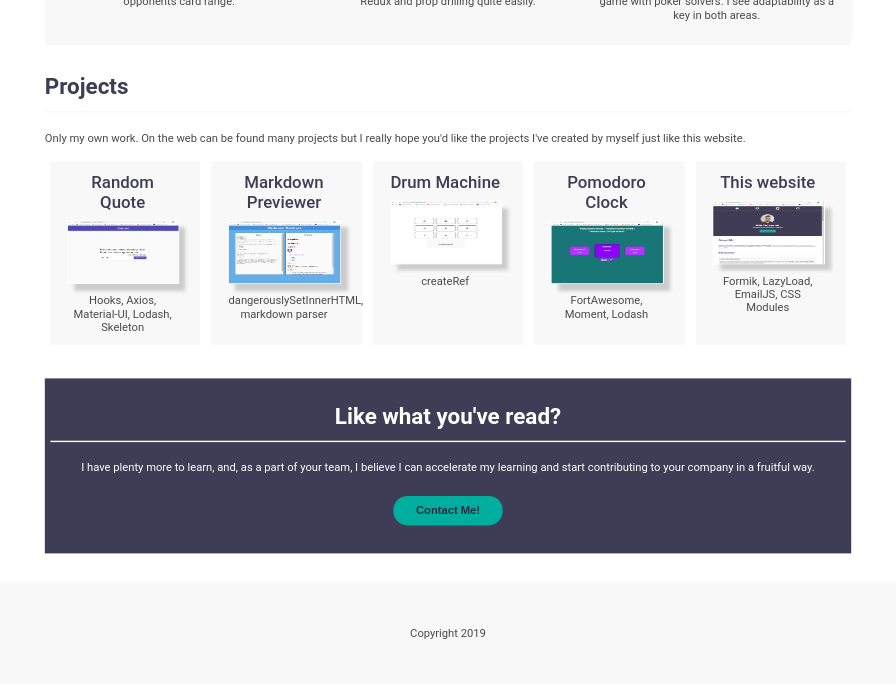
Repository: milac0/my-website
Page: /
The author's editor kept a copy of each file at every save. The page is drawn from the files as they stood at one save, then again after the next save.
The browser window is 1280 px wide. The pictures show the part of the page from y = 1521 to 3441 px (the page is 2499 px tall before and 3441 px after), at 70% of full size.
The project was rebuilt for these pictures with package versions that can differ from the ones it lists, and the page was loaded fresh each time. Also part of the build but not shown: src/components/formContact.module.css, src/components/FormContact.js, src/pages/contact.module.css, src/pages/Contact.js. Imported but missing from the stored project, and not drawn on this page: src/resume.pdf.

Above is the page before, as saved 2019-10-29 19:56:20.

### public/index.html
<!DOCTYPE html>
<html lang="en">
  <head>
    <meta charset="utf-8" />
    <link rel="icon" href="%PUBLIC_URL%/favicon.ico" />
    <meta name="viewport" content="width=device-width, initial-scale=1" />
    <meta name="theme-color" content="#000000" />
    <meta
      name="description"
      content="Web site created using create-react-app"
    />
    <!--
      manifest.json provides metadata used when your web app is installed on a
      user's mobile device or desktop. See https://developers.google.com/web/fundamentals/web-app-manifest/
    -->
    <link rel="manifest" href="%PUBLIC_URL%/manifest.json" />
    <!--
      Notice the use of %PUBLIC_URL% in the tags above.
      It will be replaced with the URL of the `public` folder during the build.
      Only files inside the `public` folder can be referenced from the HTML.

      Unlike "/favicon.ico" or "favicon.ico", "%PUBLIC_URL%/favicon.ico" will
      work correctly both with client-side routing and a non-root public URL.
      Learn how to configure a non-root public URL by running `npm run build`.
    -->
    <title>Mile Balenovic</title>
  </head>
  <body>
    <noscript>You need to enable JavaScript to run this app.</noscript>
    <div id="root"></div>
    <!--
      This HTML file is a template.
      If you open it directly in the browser, you will see an empty page.

      You can add webfonts, meta tags, or analytics to this file.
      The build step will place the bundled scripts into the <body> tag.

      To begin the development, run `npm start` or `yarn start`.
      To create a production bundle, use `npm run build` or `yarn build`.
    -->
  </body>
</html>

### src/index.css
html, body {
  height: 100%;
}

body {
  margin: 0;
  font-family: 'Roboto', sans-serif;
  -webkit-font-smoothing: antialiased;
  -moz-osx-font-smoothing: grayscale;
}

/*****
  Navbar & Hero
*****/

header,
.hero {
  background:#3F3D56;
  border-bottom: 0.1px solid #ffffff;
  text-align: center;
}

.hero {
  margin-bottom: 2em;
}

.container {
  width: 90%;
  max-width: 1200px;
  margin: 0 auto;
}

nav li {
  list-style: none;
  max-width: 400px;
  margin: 0 auto;
  display: flex;
  justify-content: space-evenly;
  align-items: center;
}

.nav-item:hover {
  filter: invert(0.1);
}
nav ul {
  padding: 0;
}

.hero {
  margin-bottom: 2.5em;
}

.hero-profile {
  padding: 3em 0;
}

.hero-profile-image {
  width: 128px;
  height: 128px;
  background-color: #F8F8F9;
  margin: 0 auto;
  margin-bottom: 0.5em;
  border-radius: 50%;
}

.hero-profile-title,
.hero-profile-subtitle {
  color: #ffffff;
}

.hero-profile h1 {
  margin: 0;
  font-size: 2rem;
}

.hero-profile p {
  font-size: 1rem;
  margin: 0;
  margin-top: -0.25rem;
  margin-bottom: 1.5em;
}

.hero-profile-subtitle strong {
  font-weight: 700;
  color: #61dafb;
}

.button-cta,
.button-home {
  background: #00AEA0;
  color: #1f2e3f;
  padding: 0.75em 2em;
  border: none;
  border-radius: 20px;
  font-size: 1rem;
  font-weight: 700;
  text-decoration: none;
}

.button-cta:hover,
.button-cta:focus {
  background: #00C1B1;
  color: #1f2e3f;
  cursor: pointer;
}

.button-home {
  background: #ffffff;
  border: 2px solid #1f2e3f;
  padding: 0.3em 1em;
}

.button-home:hover,
.button-home:focus {
  border: 2px solid #ffffff;
 filter: invert(0.1);
}

/*****
  Typography
*****/

h1 {
  color: #3F3D56;
}

h2 {
  color: #3F3D56;
  font-size: 1.5rem;
  font-weight: 500;
  margin: 0;
}

p,
ul {
  color: #4a4a4a;
}

.section-skill h2 {
  color: #1F2E3F;
  font-size: 1.25rem;
  font-weight: 400;
  margin: 0;
}

.section-body {
  font-size: 1rem;
  margin-bottom: 1em;
}

#section-cta .section-title,
#section-cta .section-body {
  color: #ffffff;
}

/*****
  Layout
*****/
section {
  margin-bottom: 2.5em;
}

.section-title {
  border-bottom: 2px solid #F8F8F9;
  font-size: 2rem;
  padding-bottom: 0.5em;
}

.article-education,
.section-skill {
  box-shadow: 2px 2px #F8F8F9;
  border: 2px solid #F8F8F9;
  margin-bottom: 1em;
  padding: 0.5em;
}

.article-education li{
  margin-bottom: 0.5em;
}

.section-skill {
  background: #F8F8F9;
  text-align: center;
}

.section-skill p {
  margin: 0;
}

.responsive-container {
    width: 100%;
    padding-bottom: 56.25%; /* 9/16 = aspect ratio of image */
    position: relative;
    margin: 0 auto 1em auto;
}

.section-skill-image {
  height: 100%;
  width: 100%;
  position: absolute;
  left: 0;
  right: 0;
  margin: auto;
}

article {
  background: #F8F8F9;
  padding: 1em 2em 0.5em 1.5em;
  margin-bottom: 0.5em;
}

article p {
  margin-top: 1em;
  margin-bottom: 0.5em;
}

article h2 {
  margin-bottom: 0.5em;
}

.projects article {
  text-align: center;
}

.project-image {
  height: 100%;
  width: 100%;
  position: absolute;
  left: 0;
  right: 0;
  margin: auto;
  cursor: pointer;
  border: 1px solid #fff;
  box-shadow: 10px 10px 5px #ccc;
}

.project-image:hover {
  filter: invert(0.1);
}

#section-cta {
  padding-bottom: 5em;
  background: #3F3D56;
}

#section-cta{
  text-align: center;
  padding: 0.5em;
}

#section-cta .button-cta {
  margin: 1em 0 2em 0;
}

footer {
  background: #F8F8F9;
  padding: 3em 0;
  width: 100%;
  text-align: center;
  flex-shrink: 0;
}

.invalid-feedback {
  color: #D8000C;
  font-size: 0.75rem;
  font-family: 'Roboto', sans-serif;
}

@media (min-width: 752px) {
  nav li {
    max-width: 100%;
    margin: 0 auto;
    display: flex;
    justify-content: flex-end;
    align-items: center;
    position: relative;
  }

  nav ul {
    margin-left: 3em;
  }

  .nav-home-item {
    position: absolute;
    left: 0;
    margin: 0;
  }

  .articles-education {
    display: flex;
    flex-direction: row;
    justify-content: space-between;
  }

  .education-one {
    margin-right: 0.5em;
  }

  .education-two {
    margin-left: 0.5em;
  }

  .section-skills {
    background: #F8F8F9;
    display: flex;
    flex-direction: row;
    align-items: baseline;
  }
  .section-skill {
    flex: 1 1 200px;
    padding: 1em;
  }

  .projects {
    display: grid;
    grid-template-columns: repeat(auto-fill,minmax(220px, 1fr));
   }

   .projects article {
    margin: 0.5em;
  }
}

### src/App.js
import React from 'react';
import {
  BrowserRouter as Router,
  Switch,
  Route,
} from "react-router-dom";
import Home from './pages/Home'
import Contact from './pages/Contact';

function App() {
  return (
      <Router>
        <Switch>
        <Route path ="/" exact component={Home} />
        <Route path ="/contact" component={Contact} />
        </Switch>
      </Router>

  );
}

export default App;

### src/pages/Home.js
import React, { Fragment } from "react";
import Navbar from "../components/Navbar";
import Hero from "../components/Hero";
import AboutMe from "../components/AboutMe";
import Education from "../components/Education";
import Experience from "../components/Experience";
import Projects from "../components/Projects";
import SectionCTA from "../components/SectionCTA";
import Footer from "../components/Footer";

const Home = () => {
  return (
    <Fragment>
      <Navbar />
      <Hero />
      <main>
        <div className="container">
          <AboutMe />
          <Education />
          <Experience />
          <Projects />
          <SectionCTA />
        </div>
      </main>
      <Footer />
    </Fragment>
  );
};

export default Home;

### src/components/Navbar.js
import React from "react";
import { Link } from "react-router-dom";

import resumeIcon from "../images/resume.png";
import linkedinIcon from "../images/linkedin.png";
import githubIcon from "../images/github.png";
import homeIcon from "../images/home.png";
import resumePdf from "../resume.pdf";

//mui
import Tooltip from "@material-ui/core/Tooltip";

const Navbar = () => {
  return (
    <header>
      <div className="container">
        <nav>
          <li>
            <ul className="nav-home-item">
              <Tooltip title="Home">
                <Link to="/">
                  <img className="nav-item" src={homeIcon} alt="home" />
                </Link>
              </Tooltip>
            </ul>
            <ul>
              <Tooltip title="Resume">
                <a href={resumePdf} download target="_self">
                  <img className="nav-item" src={resumeIcon} alt="resume" />
                </a>
              </Tooltip>
            </ul>
            <ul>
              <Tooltip title="Linkedin">
                <a
                  href="https://www.linkedin.com/in/mile-balenovi%C4%87-a4ab9188/"
                  target="_blank"
                  rel="noopener noreferrer"
                >
                  <img className="nav-item" src={linkedinIcon} alt="linkedin" />
                </a>
              </Tooltip>
            </ul>
            <ul>
              <Tooltip title="Github">
                <a
                  href="https://github.com/milac0"
                  target="_blank"
                  rel="noopener noreferrer"
                >
                  <img className="nav-item" src={githubIcon} alt="github" />
                </a>
              </Tooltip>
            </ul>
          </li>
        </nav>
      </div>
    </header>
  );
};

export default Navbar;

### src/components/Hero.js
import React from "react";
import { Link } from "react-router-dom";
import profileImg from "../images/profile.png";

const Hero = () => {
  return (
    <div className="hero">
      <div className="container">
        <div className="hero-profile">
          <div className="hero-profile-image">
            <img src={profileImg} alt="profile" />
          </div>
          <h1 className="hero-profile-title">Mile Balenovic</h1>
          <p className="hero-profile-subtitle">
            Switching career to <strong>React</strong> development
          </p>
          <Link to="/contact">
            <button className="button-cta">Contact Me!</button>
          </Link>
        </div>
      </div>
    </div>
  );
};

export default Hero;

### src/components/AboutMe.js
import React from "react";

const AboutMe = () => {
  return (
    <section>
      <h1 className="section-title">About Me</h1>
      <p className="section-body">
        <strong>
          Master of Science in Information and Communication Technology.
        </strong>{" "}
        Constant learning and skill growth motivate me, while problem-solving
         and overcoming obstacles excite me. Completely involved
        in JavaScript upon ending online poker career in March 2019.
      </p>
    </section>
  );
};

export default AboutMe;

### src/components/Education.js
import React from "react";

const Education = () => {
  return (
    <section>
      <h1 className="section-title">Education</h1>
      <div className="articles-education">
      <article className="article-education education-one">
        <h2>Informal Education</h2>
        <p>
          Internet is full of programming materials. Sites listed down below
          helped me learn a lot about
          <strong> HTML</strong>, <strong>CSS</strong>,{" "}
          <strong>JavaScript</strong>,<strong> React</strong> and a little bit
          about other technologies from the ground up
        </p>
        <ul>
          <li>freeCodeCamp.org</li>
          <li>Udemy courses from Andrew Mead and Maximilian Schwarzmüller</li>
          <li>
            Youtube tutorials from channels: classNameed, The Net Ninja, Travery
            Media{" "}
          </li>
          <li>MDN</li>
          <li>W3Schools</li>
          <li>stackoverflow</li>
        </ul>
      </article>
      <article className="article-education education-two">
        <h2>Formal Education</h2>
        <ul>
          <li>
            <strong>
              University of Zagreb, Faculty of Electrical Engineering and
              Computing
            </strong>
            , Master of Science in Information and Communication Technology -
            Oct 2011 - Sep 2014
          </li>
          <li>
            <strong>
              University of Zagreb, Faculty of Electrical Engineering and
              Computing
            </strong>
            , Bachelor of Science in Computing - Oct 2008 - Jun 2011
          </li>
          <li>
            <strong>Technical School of Ruđer Bošković</strong> - Sep 2004 - May
            2008
          </li>
        </ul>
      </article>
      </div>
    </section>
  );
};

export default Education;

### src/components/Experience.js
import React from "react";
import LazyLoad from "react-lazyload";
import analyticalImg from "../images/analytical.svg";
import patternImg from "../images/pattern.svg";
import adaptiveImg from "../images/adaptive.svg";

const Experience = () => {
  return (
    <section>
      <h1 className="section-title">Experience</h1>
      <p className="section-body">
        I have a work experience as a self-employed online poker player. You may
        be asking what does it mean to you as a potential employer. Online poker
        made me develop skills that are translatable into programming
      </p>
      <div className="section-skills">
      <div className="section-skill">
      <div className="section-skill-image-container">
        <LazyLoad>
          <div className="responsive-container">
          <img
            className="section-skill-image"
            src={analyticalImg}
            alt="analytical"
          />
          </div>
        </LazyLoad>
        </div>
        <h2>Analytical and Systematic Approach</h2>
        <p>
          There is not a lot difference between finding out where the error happened
          and narrowing down opponents card range.
        </p>
      </div>
      <div className="section-skill">
        <LazyLoad>
        <div className="responsive-container">
          <img className="section-skill-image" src={patternImg} alt="pattern" />
          </div>
        </LazyLoad>
        <h2>Great Pattern Recognition</h2>
        <p>
          Everyone has a thinking pattern and it's very expressed in poker. It made
          me understand Redux and prop drilling quite easily.
        </p>
      </div>
      <div className="section-skill">
        <LazyLoad>
        <div className="responsive-container">
          <img className="section-skill-image" src={adaptiveImg} alt="" />
          </div>
        </LazyLoad>
        <h2>Adaptable</h2>
        <p>
          Poker has been evolving as fast as programming languages before
          getting very close to a solved game with poker solvers. I see adaptability
          as a key in both areas.
        </p>
      </div>
      </div>
    </section>
  );
};

export default Experience;

### src/components/Projects.js
import React from "react";
import LazyLoad from "react-lazyload";

import quoteImg from "../images/quote.PNG";
import markdownImg from "../images/markdown.PNG";
import pomodoroImg from "../images/pomodoro.PNG";
import drumImg from "../images/drum.PNG";
import thissiteImg from '../images/thissite.PNG'

const Projects = () => {
  return (
    <section>
      <h1 className="section-title">Projects</h1>
      <p className="section-body">
        Only my own work. On the web can be found many projects but I really hope
        you'd like the projects I've created by myself just like this website.
      </p>
      <div className="projects">
      <article>
        <h2>Random Quote</h2>
        <a
          href="https://quotemachine-milac.netlify.com/"
          target="_blank"
          rel="noopener noreferrer"
        >
          <LazyLoad>
          <div className="responsive-container">
            <img className="project-image" src={quoteImg} alt="quote-machine" />
            </div>
          </LazyLoad>
        </a>
        <p>Hooks, Axios, Material-UI, Lodash, Skeleton</p>
      </article>
      <article>
        <h2>Markdown Previewer</h2>
        <a
          href="https://markdown-milac.netlify.com/"
          target="_blank"
          rel="noopener noreferrer"
        >
          <LazyLoad>
          <div className="responsive-container">
            <img
              className="project-image"
              src={markdownImg}
              alt="markdown-previewer"
            />
            </div>
          </LazyLoad>
        </a>
        <p>dangerouslySetInnerHTML, markdown parser</p>
      </article>
      <article>
        <h2>Drum Machine</h2>
        <a
          href="https://drummachine-milac.netlify.com/"
          target="_blank"
          rel="noopener noreferrer"
        >
          <LazyLoad>
          <div className="responsive-container">
            <img className="project-image" src={drumImg} alt="drum-machine" />
            </div>
          </LazyLoad>
        </a>
        <p>createRef</p>
      </article>
      <article>
        <h2>Pomodoro Clock</h2>
        <a
          href="https://pomodoro-clo.netlify.com/"
          target="_blank"
          rel="noopener noreferrer"
        >
          <LazyLoad>
          <div className="responsive-container">
            <img
              className="project-image"
              src={pomodoroImg}
              alt="pomodoro clock"
            />
            </div>
          </LazyLoad>
        </a>
        <p>FortAwesome, Moment, Lodash</p>
      </article>
      <article>
        <h2>This website</h2>
        <a
          href="https://mile-balenovic.com/"
          target="_blank"
          rel="noopener noreferrer"
        >
          <LazyLoad>
          <div className="responsive-container">
            <img
              className="project-image"
              src={thissiteImg}
              alt="this website"
            />
            </div>
          </LazyLoad>
        </a>
        <p>Formik, LazyLoad, EmailJS, CSS Modules</p>
      </article>
      </div>
    </section>
  );
};

export default Projects;

### src/components/SectionCTA.js
import React from "react";
import { Link } from "react-router-dom";

const SectionCTA = () => {
  return (
    <section id="section-cta">
      <h1 className="section-title">Like what you've read?</h1>
      <p className="section-body">
        I have plenty more to learn, and, as a part of your team, I believe I can
        accelerate my learning and start contributing to your company in a fruitful way.
      </p>
      <Link to="/contact">
        <button className="button-cta">Contact Me!</button>
      </Link>
    </section>
  );
};

export default SectionCTA;

### src/components/Footer.js
import React from "react";

const Footer = () => {
  return (
    <footer>
      <p> Copyright 2019</p>
    </footer>
  );
};

export default Footer;

Loaded but not shown: src/index.js (common file)

After the next save:
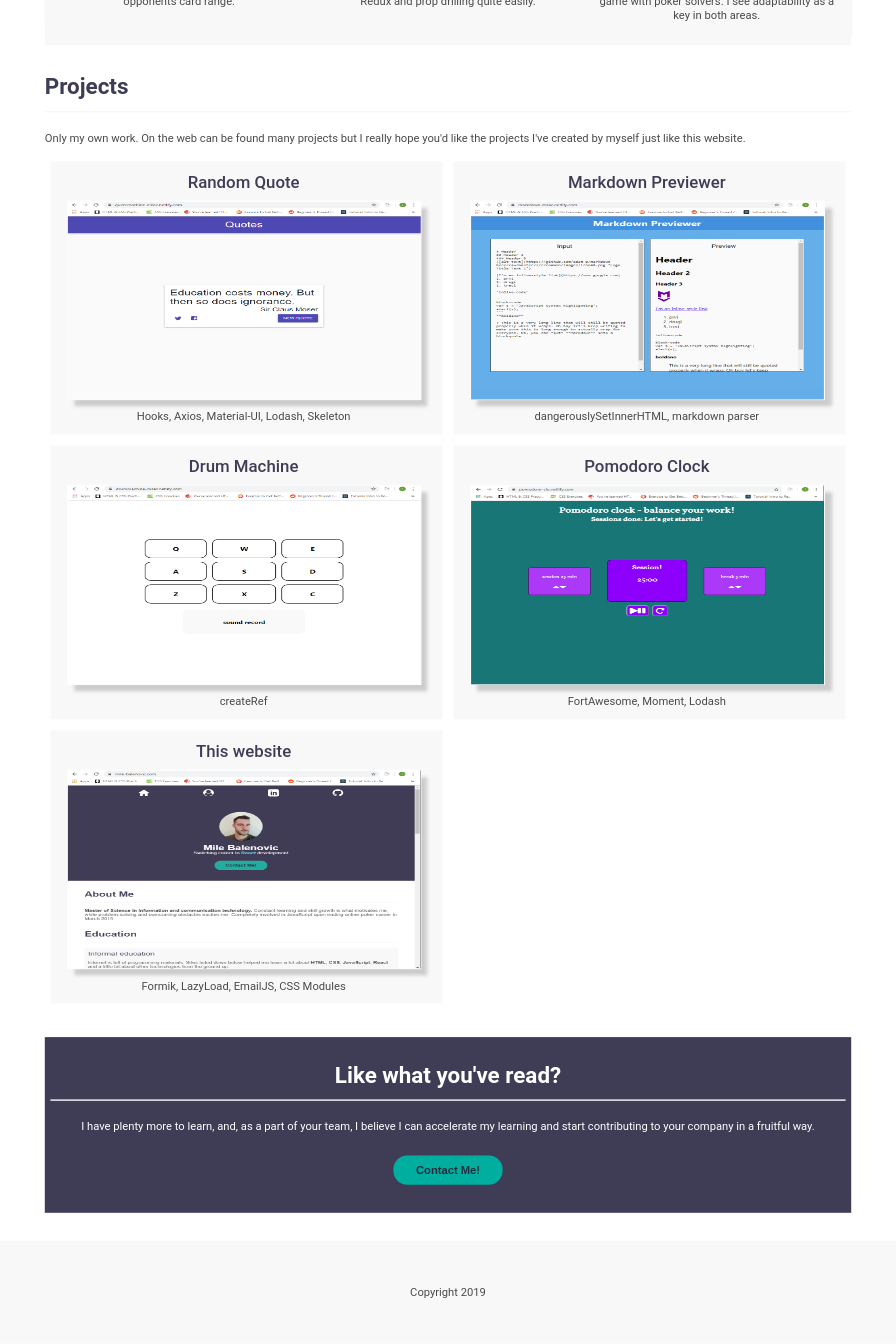
Saved 33 s later.
--- a/src/index.css
+++ b/src/index.css
@@ -313,7 +313,7 @@ footer {
 
   .projects {
     display: grid;
-    grid-template-columns: repeat(auto-fill,minmax(220px, 1fr));
+    grid-template-columns: repeat(auto-fill,minmax(420px, 1fr));
    }
 
    .projects article {
